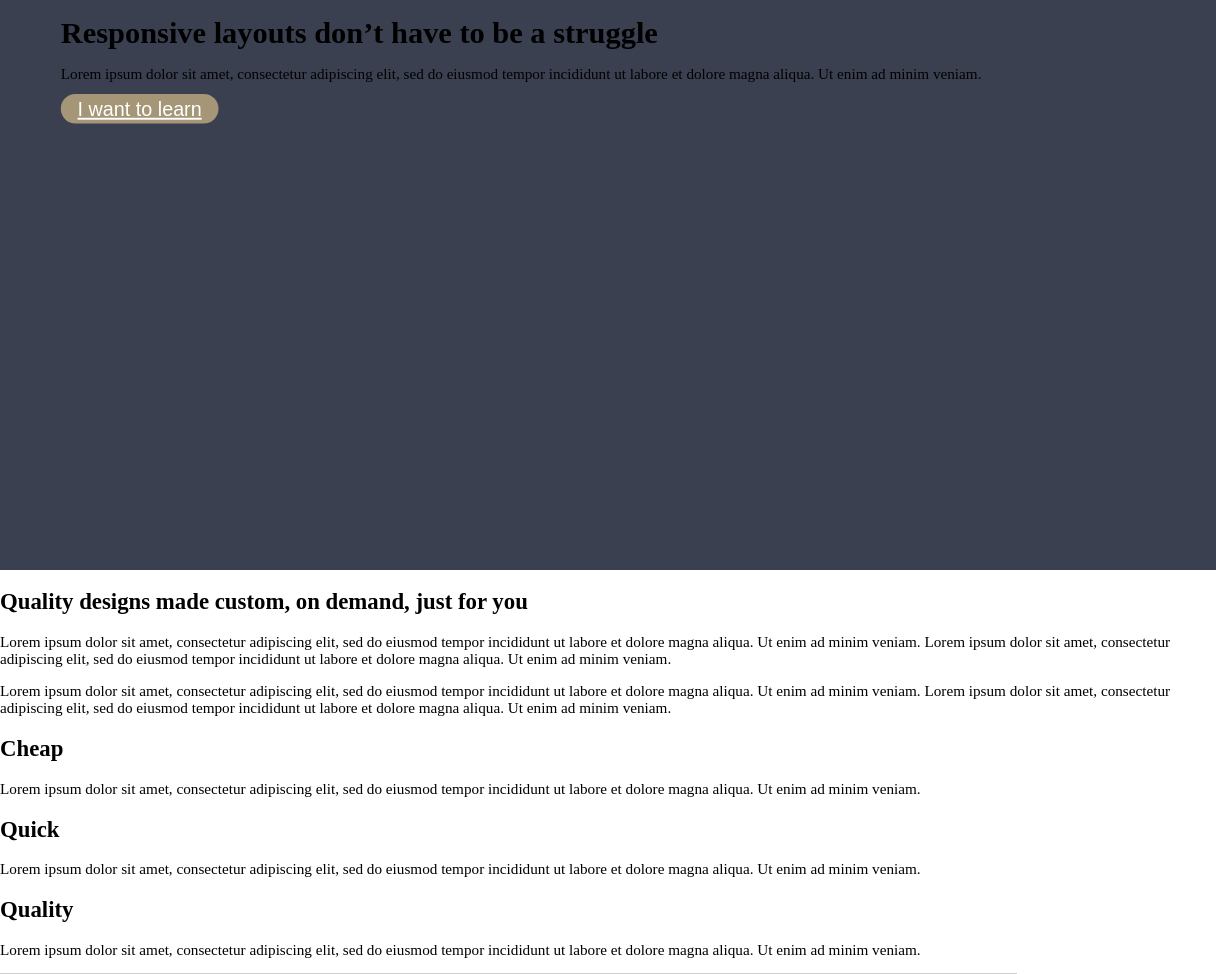
Repository: GregG21/Kevin-Powell-21-day-challange
Page: Day 9/index.html
The author's editor kept a copy of each file at every save. The page is drawn from the files as they stood at one save, then again after the next save.
The browser window is 1280 px wide. The pictures show the whole page, at 95% of full size.
The style sheet was rebuilt from its Sass, Less or Tailwind sources for each picture, by a compiler version that may differ from the author's.

Above is the page before, as saved 2020-09-11 15:13:42.

After the next save:
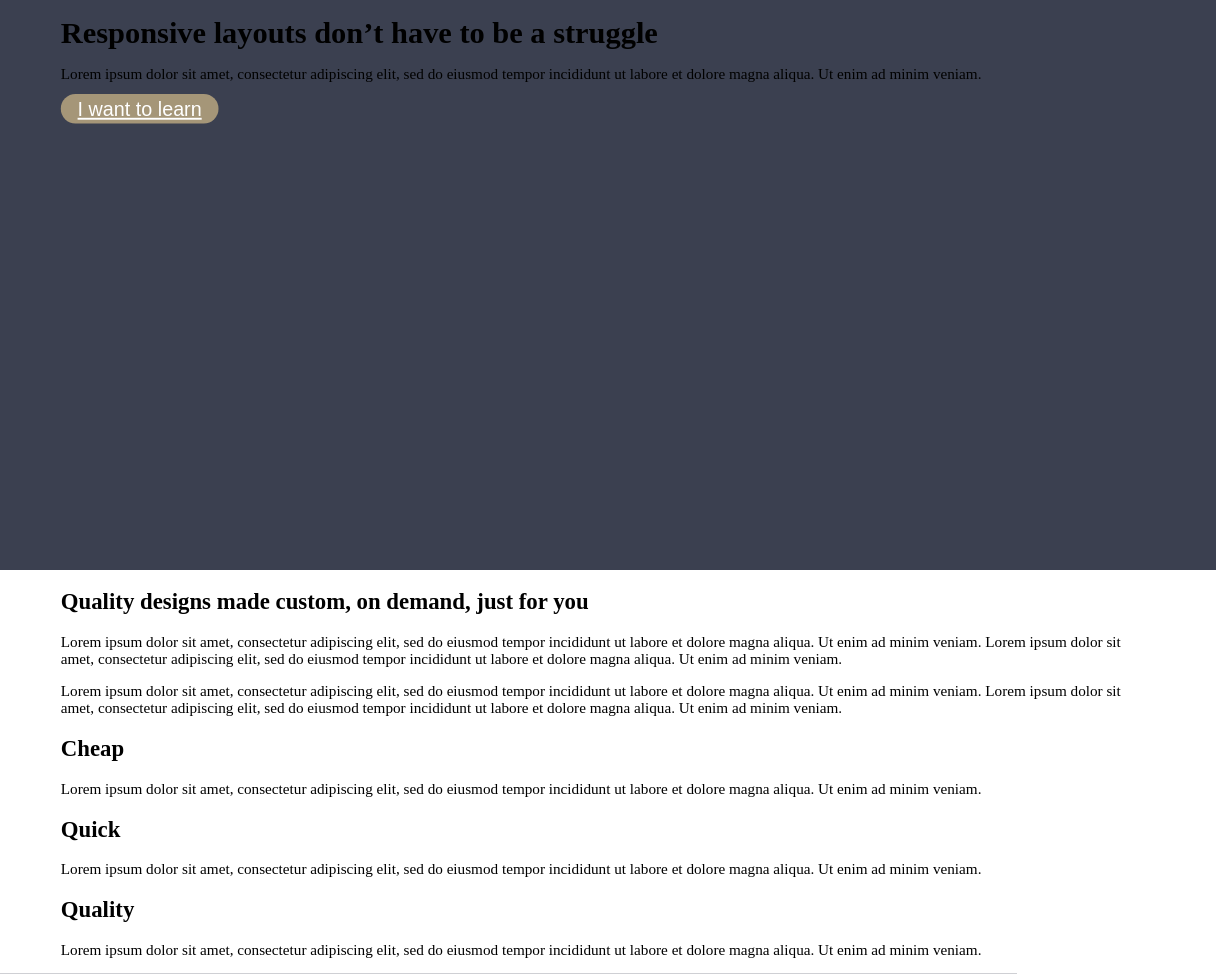
Saved 87 s later.
--- a/Day 9/index.html
+++ b/Day 9/index.html
@@ -17,7 +17,7 @@
             </div>
         </div>
     </header>
-    <main class="main">
+    <main class="main container row">
         <section class="primary-content">
             <h2 class="section-title">Quality designs made custom, on demand, just for you</h2>
                 <p>Lorem ipsum dolor sit amet, consectetur adipiscing elit, sed do eiusmod tempor incididunt ut labore et dolore magna aliqua. Ut enim ad minim veniam. Lorem ipsum dolor sit amet, consectetur adipiscing elit, sed do eiusmod tempor incididunt ut labore et dolore magna aliqua. Ut enim ad minim veniam.</p>
